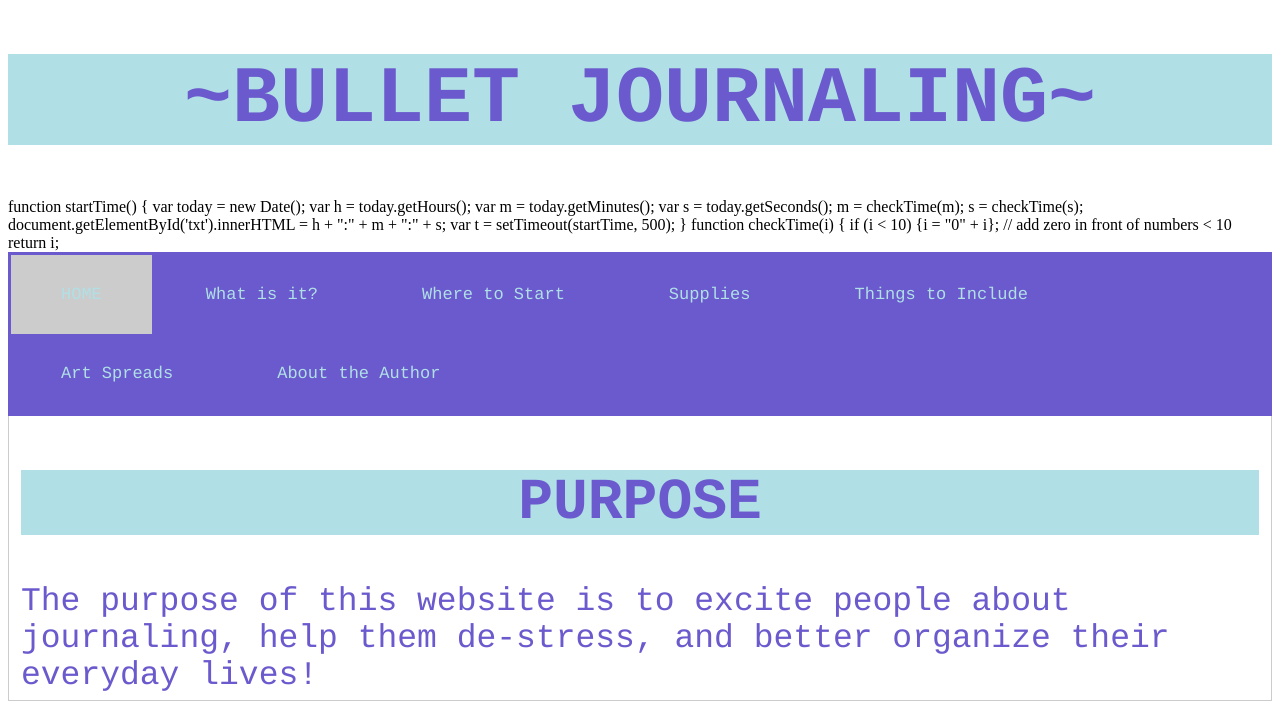
Repository: m-e-l-i-s-s-a/m-e-l-i-s-s-a.github.io
Page: journaling/index.html
The author's editor kept a record of every edit. The page is drawn from the files as they stood at one moment, then again after the next edit.
The browser window is 1280 px wide. The pictures show the whole page.

Above is the page before.

After the next edit:
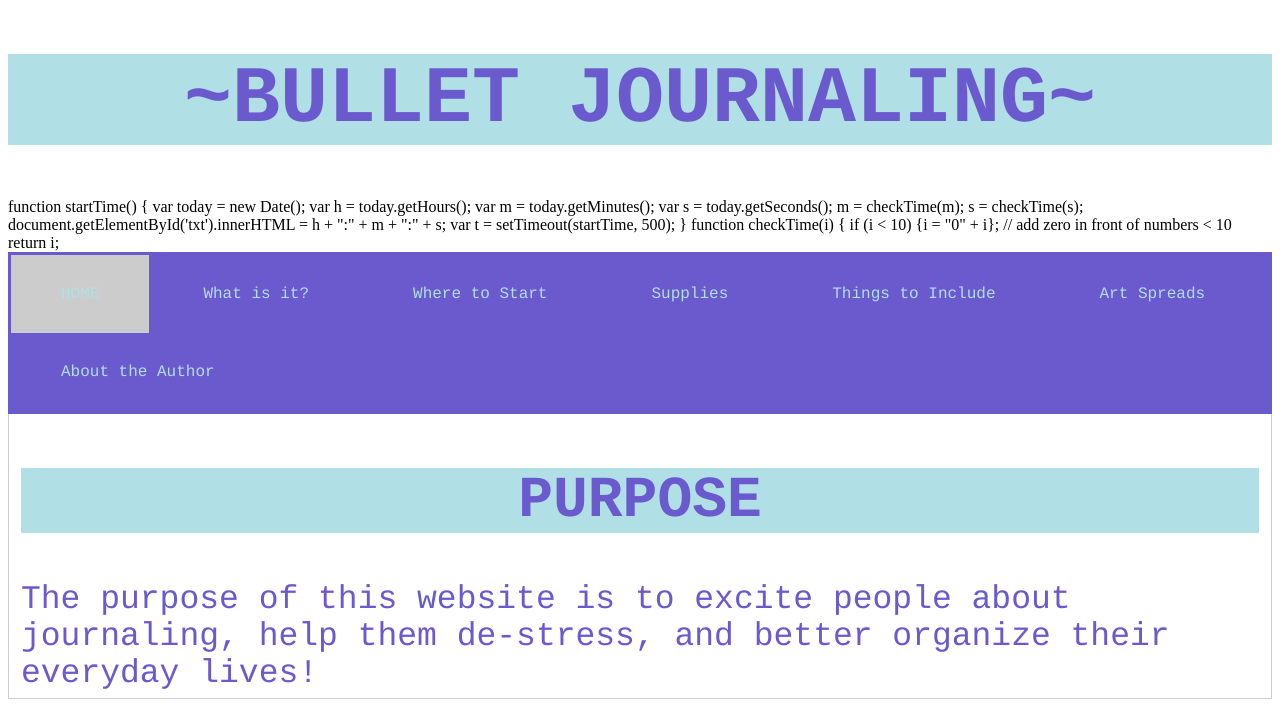
The edit:
--- a/journaling/journaling.css
+++ b/journaling/journaling.css
@@ -57,7 +57,7 @@
               padding: 30px 50px;
               transition: 0.3s;
               font-family: courier;
-              font-size: 17px
+              font-size: 16px
        }
 
 /* Change background color of buttons on hover */
